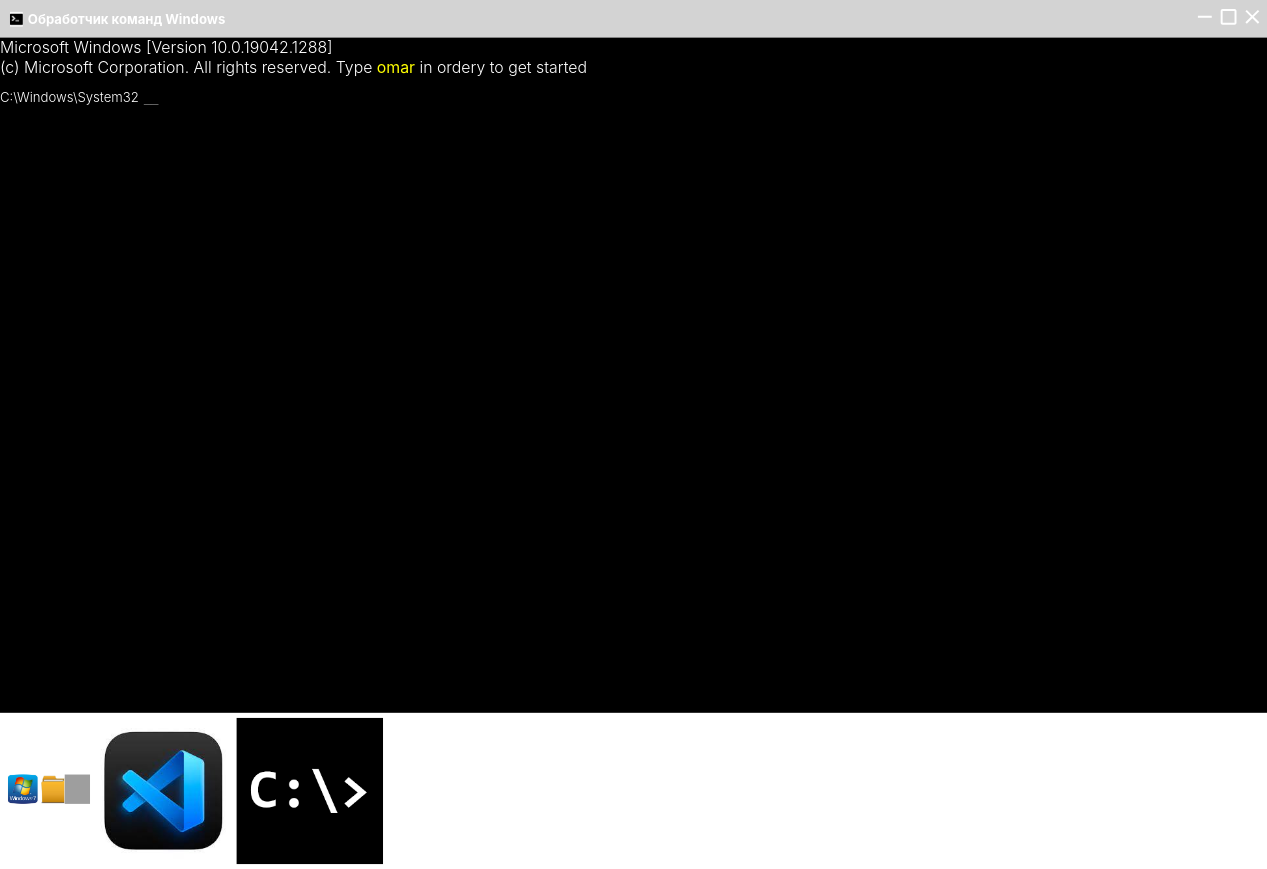
Repository: om1ars/cmd-port
Page: /
An editor plug-in stored every save of this project. The page is shown before and after a run of saves, followed by the edit.
The browser window is 1280 px wide. The pictures show the whole page, at 99% of full size.
Pictures or frames that could not be fetched are drawn as grey boxes. The project was rebuilt for these pictures with package versions that can differ from the ones it lists, and the page was loaded fresh each time.

Above is the page before, as saved 2021-11-04 17:07:08.

### src/index.css
* {
  margin: 0;
  overflow-x: hidden;
}
body {
  margin: 0;
  font-family: -apple-system, BlinkMacSystemFont, 'Segoe UI', 'Roboto', 'Oxygen',
    'Ubuntu', 'Cantarell', 'Fira Sans', 'Droid Sans', 'Helvetica Neue',
    sans-serif;
  -webkit-font-smoothing: antialiased;
  -moz-osx-font-smoothing: grayscale;
}

code {
  font-family: source-code-pro, Menlo, Monaco, Consolas, 'Courier New',
    monospace;
}

### src/App.js
import { Close, CropSquare, Fastfood, Remove } from "@material-ui/icons";
import { useState } from "react";
import cmd from "./assets/cdm3.png";
import { Footer } from "./Footer";
import "./styles.css";

function App() {
  const [state, setState] = useState("");
  const [stateSecond, setStateSecond] = useState("");
  const [omar, setOmar] = useState("");
  const [please, setPlease] = useState("");
  const [port, setPort] = useState("");
  const [about, setAbout] = useState("");
  const [exit, setExit] = useState("");
  const [shrink, setShrink] = useState(false);
  const [closeIcon, setCloseIcon] = useState(false);

  console.log(state);

  const handleSubmit = (e) => {
    e.preventDefault();
    setState("");
  };

  const handleSubmitSecond = (e) => {
    e.preventDefault();
    setStateSecond("");
  };

  const handleClick = () => {
    if (state === "omar") {
      setOmar("omar");
      setPlease("");
    } else if (state === "") {
      setPlease("Please type something otherwise you can not see anything");
      setOmar("");
    }
  };
  const handleClickSecond = () => {
    if (stateSecond === "exit") {
      setExit("exited");
      setAbout("");
      setPort("");
    } else if (stateSecond === "port") {
      setPort("port");
      setAbout("");
      setExit("");
    } else if (stateSecond === "about") {
      setPort("about");
      setAbout("");
      setExit("");
    }
  };

  const handleShrink = () => {
    setShrink(!shrink);
  };

  const handleCloseIcon = () => {
    setCloseIcon(!closeIcon);
  };

  return (
    <>
    <div
      className={`App__container ${shrink && `shrink`} ${closeIcon && `close`}`}
    >
      <div className="App__navbar">
        <div className="left">
          <img src={cmd} />
          <h5>Обработчик команд Windows</h5>
        </div>
        <div className="right">
          <Remove />
          <CropSquare onClick={handleShrink} />
          <Close onClick={handleCloseIcon} />
        </div>
      </div>
      <div className="app__context">
        <p>
          Microsoft Windows [Version 10.0.19042.1288] <br /> (c) Microsoft
          Corporation. All rights reserved. Type <span> omar </span> in ordery
          to get started
        </p>
        <h5>
          C:\Windows\System32
          <form onSubmit={handleSubmit}>
            <input
              value={state}
              onChange={(e) => setState(e.target.value)}
              type="text"
              placeholder="__"
            />
            <button type="submit" onClick={handleClick}></button>
          </form>
        </h5>
        {please && <h1>{please}</h1>}
        {omar && (
          <div className="second__layer">
            <h1>My name is Omar and I am a Fullstack Developer</h1>
            <p>
              Type <span>port</span> to get my portfolio
            </p>
            <p>
              Type <span>about</span> to get about me
            </p>
            <p>
              Type <span>exit</span> to quit
            </p>
            <h5>
              C:\Windows\System32
              <form onSubmit={handleSubmitSecond}>
                <input
                  value={stateSecond}
                  onChange={(e) => setStateSecond(e.target.value)}
                  type="text"
                  placeholder="__"
                />
                <button type="submit" onClick={handleClickSecond}></button>
              </form>
            </h5>
          </div>
        )}
        {port && <p className="">{port}</p>}
        {about && <p className="">{about}</p>}
        {exit && <p className="">{exit}</p>}
      </div>
    </div>
    <Footer />
    </>
  );
}

export default App;

### src/Footer.js
import React from "react";
import cdm from "./assets/cdm.png";
import vs from "./assets/vs.jpg";
import google from "./assets/google.png";
import folderd from "./assets/folderd.jpg";
import windows from "./assets/windows.jpg";

export const Footer = () => {
  return (
    <div className="footer">
      <div className="icons">
        <div></div>
        <div>
          <img className="windows" src={windows} />
        </div>
        <div>
          <img src={folderd} />
        </div>
        <div>
          <img src={google} />
        </div>
        <div></div>

        <img src={vs} />
        <img src={cdm} />
      </div>
      <div className="hours"></div>
    </div>
  );
};

### src/styles.css
.App__container {
  background-color: black;
  min-height: 100vh;
  color: white;
}
.App__navbar {
  /* height: 25px; */
  width: 99%;
  padding-right: 25px;
  background-color: lightgray;
  padding-left: 10px;
  padding-top: 5px;
  display: flex;
  padding-bottom: 5px;
  align-items: center;
}
.App__navbar > h5 {
  color: black;
}
.left {
  display: flex;
  align-items: center;
}
.left > img {
  height: 15px;
  margin-right: 5px;
  object-fit: contain;
}

.app__context > p {
  font-weight: 300;
}
.app__context > h5 {
  margin-top: 12px;
  font-weight: 300;
  margin-right: 5px;
}

input {
  border: none;
  outline: none;
  width: 80%;
  background-color: black;
}
input {
  color: yellow;
  margin-left: 3px;
}
button {
  display: none;
}
.app__context > h5 {
  display: flex;
}
.app__context > p > span {
  color: yellow;
  font-weight: 400;
}
.App__navbar {
  display: flex;
  align-items: center;
  justify-content: space-between;
}
.please {
  color: yellow;
  font-weight: 400;
}

.second__layer {
  display: flex;
  flex-direction: column;
}
.second__layer > p > span {
  color: yellow;
  font-weight: 400;
  margin-bottom: 10px;
}

.second__layer > h5 {
  margin-top: 25px;
}
.shrink {
  width: 800px;
  min-height: 500px;
  margin: auto;
}
.close {
  display: none;
}

.footer {
  display: flex;
  justify-content: space-between;
  align-items: center;
  padding: 5px 8px;
}
.icons {
  display: flex;
  align-items: center;
  justify-content: space-around;
  flex: 0.3;
}
.icons > div > img {
  height: 30px;
  object-fit: contain;
  cursor: pointer;
}
.icons:hover > div {
  background-color: gray;
}
.windows {
  margin-right: 20px;
}

Loaded but not shown: public/index.html (common file); src/index.js (common file)

After the next 3 saves:
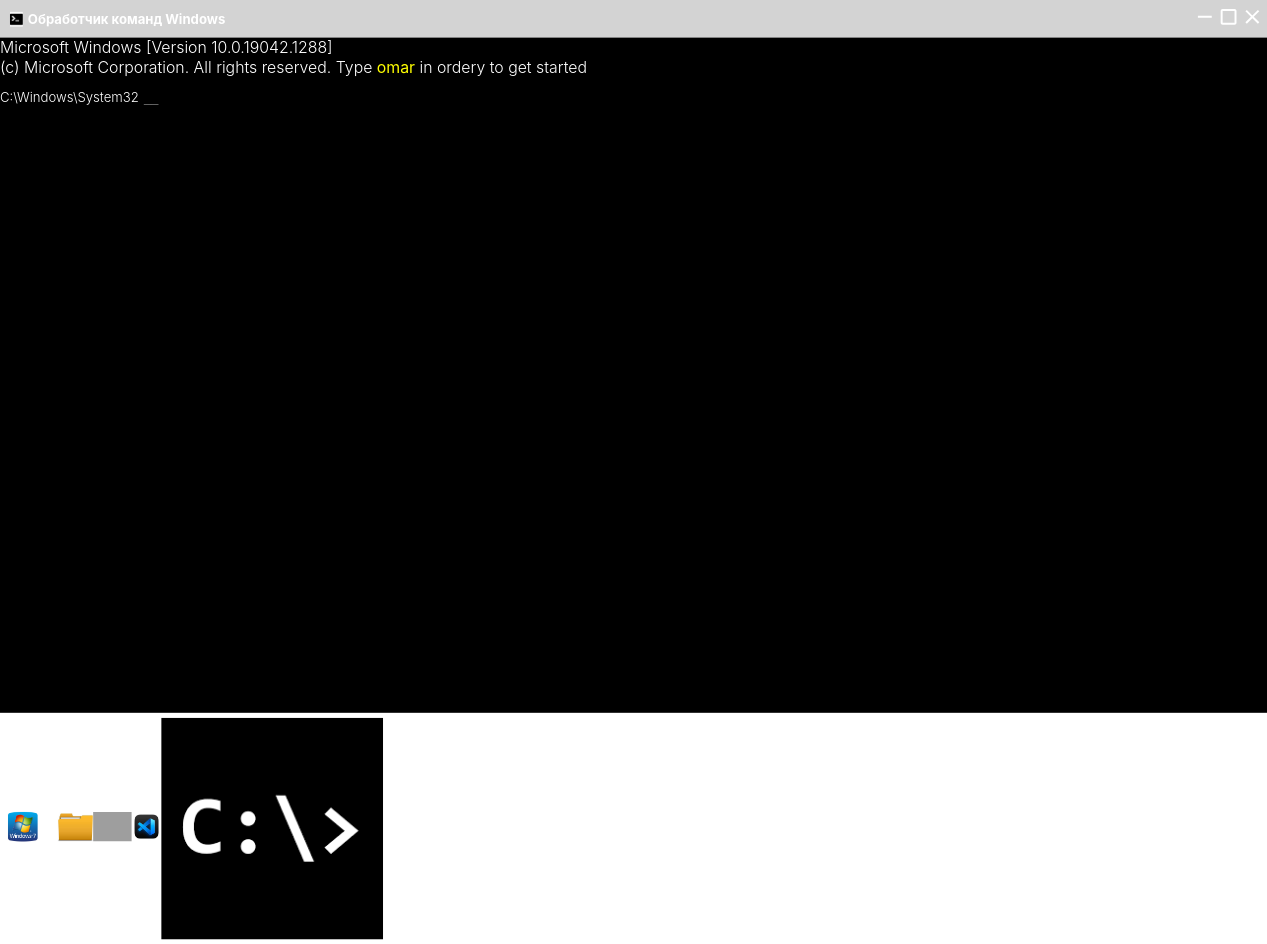
The 3 saves are shown as one change because they came seconds apart.
The last was saved 9 s later.
--- a/src/Footer.js
+++ b/src/Footer.js
@@ -9,7 +9,6 @@
   return (
     <div className="footer">
       <div className="icons">
-        <div></div>
         <div>
           <img className="windows" src={windows} />
         </div>
@@ -19,9 +18,11 @@
         <div>
           <img src={google} />
         </div>
+        <div>
+          <img src={vs} />
+        </div>
         <div></div>
 
-        <img src={vs} />
         <img src={cdm} />
       </div>
       <div className="hours"></div>
